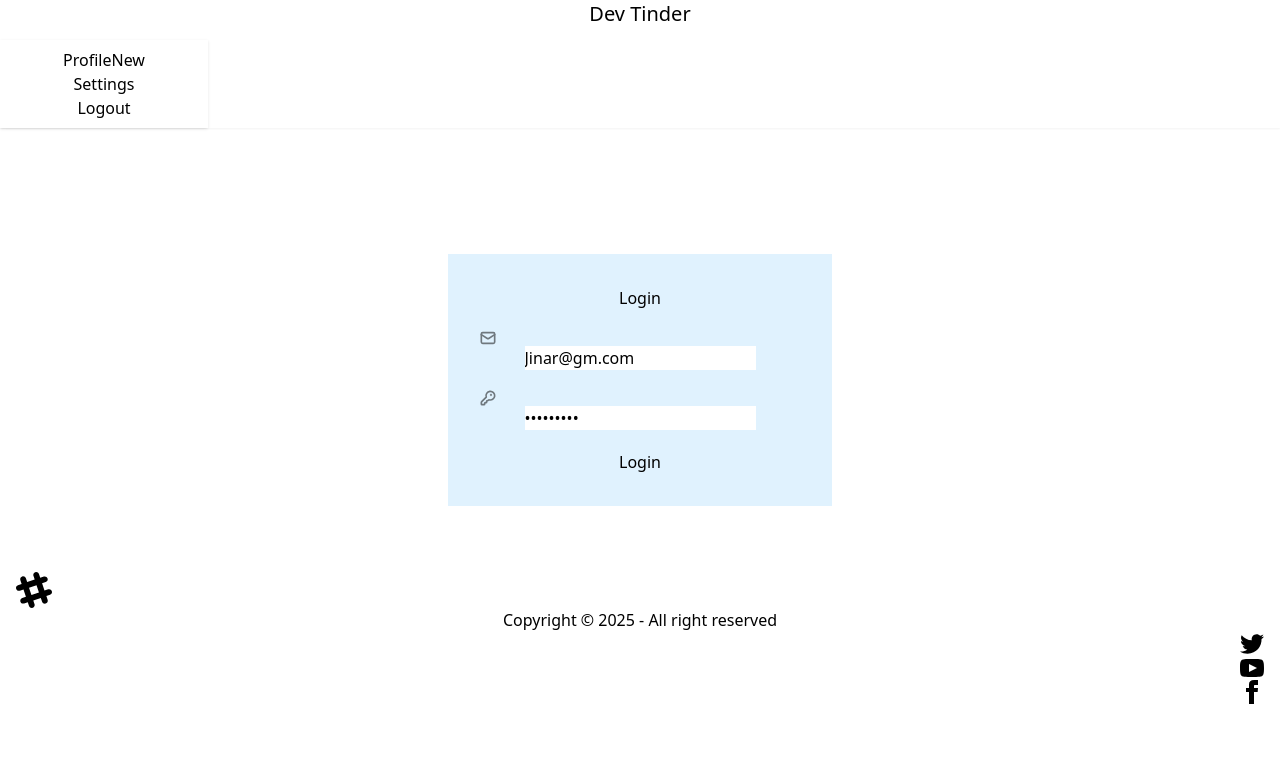
Repository: ROHIT8804/devTinderFrontEnd
Page: /login (app in devTinder-Web/)
The author's editor kept a copy of each file at every save. The page is drawn from the files as they stood at one save, then again after the next save.
The browser window is 1280 px wide. The pictures show the whole page.
The page's requests for data from a server got no answer. The project was rebuilt for these pictures with package versions that can differ from the ones it lists, and the page was loaded fresh each time. No one was signed in, and anything a server would have sent is missing. Also part of the build but not shown: devTinder-Web/vite.config.js, devTinder-Web/src/components/Profile.jsx, devTinder-Web/src/components/Feed.jsx.

Above is the page before, as saved 2025-07-31 10:33:03.

### devTinder-Web/src/App.jsx
import { useState } from "react";
import "./App.css";
import { Routes } from "react-router-dom";
import { BrowserRouter, Route } from "react-router-dom";
import Body from "./components/Body";
import Login from "./components/Login";
import Profile from "./components/Profile";
import { Provider } from "react-redux";
import appStore from "./utils/appStore";
import Feed from "./components/Feed";

function App() {
  const [count, setCount] = useState(0);

  return (
    <>
    <Provider store={appStore}>
      <BrowserRouter>
        <Routes>
          <Route path="/" element={<Body />} >
            <Route path="/feed" element={<Feed />} />
            <Route path="/login" element={<Login />} />
            <Route path="/profile" element={<Profile />} />
          </Route>
        </Routes>
      </BrowserRouter>
      </Provider>
    </>
  );
}

export default App;

### devTinder-Web/src/components/Body.jsx
import { Outlet } from "react-router-dom";
import Nav from "./Nav";
import Footer from "./Footer";
import axios from "axios";
import { BASE_URL } from "../utils/constants";
import { useDispatch } from "react-redux";
import { useEffect } from "react";
import { setUser } from "../utils/userSlice";
import { useNavigate } from "react-router-dom";
import { useSelector } from "react-redux";

function Body() {
  const dispatch = useDispatch();
  const navigate = useNavigate();
  const userData = useSelector((state) => console.log("State in Body:", state) || state.user);

  const fetchUser = async () => {
    console.log("Fetching user data...",userData.name);
    if(userData.name) return;
    try{
        const user = await axios.get(BASE_URL + '/profile',{
        withCredentials: true
      })
      console.log("User fetched:", user.data);
      dispatch(setUser({ name:user.data.user.firstName, email: user.data.user.emailId }));
    }
    catch (error) {
      if(error.response && error.response.status === 401) {
        navigate('/login');
      }
      console.error("Error fetching user:", error);
    }

  }

  useEffect(() => {
    fetchUser();
  }, []);

  return (
    <div className="relative min-h-screen ">
      {/* Fixed Navbar */}
      <div className="fixed top-0 left-0 w-full z-50">
        <Nav />
      </div>
      {/* Main Content */}
      <div className="flex flex-col items-center justify-center pt-[3.5rem] pb-[5rem] min-h-screen">
        <Outlet />
      </div>
      {/* Fixed Footer */}
      <div className="fixed bottom-0 left-0 w-full z-50">
        <Footer />
      </div>
    </div>
  );
}

export default Body;

### devTinder-Web/src/components/Login.jsx
import React, { useState } from "react";
import axios from "axios";
import { useDispatch } from 'react-redux';
import { setUser } from '../utils/userSlice';
import { useNavigate } from "react-router-dom";
import { BASE_URL } from "../utils/constants";

function Login() {
  const [email, setEmail] = useState("Jinar@gm.com");
  const [password, setPassword] = useState("Test@1234");
  const dispatch = useDispatch();
  const navigate = useNavigate();

  const handleLogin = async (e) => {
    try {
        console.log("Email:", email);
        console.log("Password:", password)

      const response = await axios.post(BASE_URL + '/login', {
        emailId:email,
        password:password
      },
      {withCredentials: true}
    );
    const { firstName, emailId } = response.data.user;
    localStorage.setItem('user', JSON.stringify({ name:firstName, email: emailId }));
    dispatch(setUser({ name:firstName, email: emailId }));
      console.log("Login successful:", response.data);

    navigate('/feed')
    } catch (error) {
      console.error("Error handling email change:", error);
    }
  }

  return (
    <div className="card card-border bg-base-100 w-96" style={{ backgroundColor: "#e0f2fe" }}>
        <h2 className="card-title justify-center">Login</h2>
      <div className="card-body">
        <div className="mt-5">
          <label className="input validator">
            <svg
              className="h-[1em] opacity-50"
              xmlns="http://www.w3.org/2000/svg"
              viewBox="0 0 24 24"
            >
              <g
                strokeLinejoin="round"
                strokeLinecap="round"
                strokeWidth="2.5"
                fill="none"
                stroke="currentColor"
              >
                <rect width="20" height="16" x="2" y="4" rx="2"></rect>
                <path d="m22 7-8.97 5.7a1.94 1.94 0 0 1-2.06 0L2 7"></path>
              </g>
            </svg>
            <input type="email" value={email} onChange={(e)=>setEmail(e.target.value)} placeholder="mail@site.com" required />
          </label>
          <div className="validator-hint hidden">Enter valid email address</div>
        </div>
        <div className="mt-5">
          <label className="input validator">
            <svg
              className="h-[1em] opacity-50"
              xmlns="http://www.w3.org/2000/svg"
              viewBox="0 0 24 24"
            >
              <g
                strokeLinejoin="round"
                strokeLinecap="round"
                strokeWidth="2.5"
                fill="none"
                stroke="currentColor"
              >
                <path d="M2.586 17.414A2 2 0 0 0 2 18.828V21a1 1 0 0 0 1 1h3a1 1 0 0 0 1-1v-1a1 1 0 0 1 1-1h1a1 1 0 0 0 1-1v-1a1 1 0 0 1 1-1h.172a2 2 0 0 0 1.414-.586l.814-.814a6.5 6.5 0 1 0-4-4z"></path>
                <circle cx="16.5" cy="7.5" r=".5" fill="currentColor"></circle>
              </g>
            </svg>
            <input
              type="password"
              value={password}
              onChange={(e) => setPassword(e.target.value)}
              required
              placeholder="Password"
              minLength="8"
              pattern="(?=.*\d)(?=.*[a-z])(?=.*[A-Z]).{8,}"
              title="Must be more than 8 characters, including number, lowercase letter, uppercase letter"
            />
          </label>
          <p className="validator-hint hidden">
            Must be more than 8 characters, including
            <br />
            At least one number <br />
            At least one lowercase letter <br />
            At least one uppercase letter
          </p>
        </div>
        <div className="card-actions justify-center mt-5">
          <button className="btn btn-primary" onClick={handleLogin}>Login</button>
        </div>
      </div>
    </div>
  );
}

export default Login;

### devTinder-Web/src/utils/appStore.js
import { configureStore } from '@reduxjs/toolkit';
import userReducer from './userSlice';

const appStore = configureStore({
  reducer: {
    user: userReducer,
  },
});

export default appStore;

### devTinder-Web/src/components/Nav.jsx
import { useSelector } from "react-redux";
import { useNavigate, Link } from "react-router-dom";

function Nav() {
  const navigate = useNavigate();
  const user = useSelector((state) => state.user);

  return (
    <>
      {/* Navigation Bar */}
      <div className="navbar bg-base-100 shadow-sm">
        <div className="flex-1">
          <Link to="/" className="btn btn-ghost text-xl justify-start">Dev Tinder</Link>
        </div>
        <div className="flex gap-2">
          {/* <input
            type="text"
            placeholder="Search"
            className="input input-bordered w-24 md:w-auto"
          /> */}
          <div className="dropdown dropdown-end">
            <div
              tabIndex={0}
              role="button"
              className="btn btn-ghost btn-circle avatar"
            >
              <div className="w-10 rounded-full">
                {user && user.name ? (
                  <img
                  alt="Tailwind CSS Navbar component"
                  src="https://img.daisyui.com/images/stock/photo-1534528741775-53994a69daeb.webp"
                />
                ): null}

              </div>
            </div>
            <ul
              tabIndex={0}
              className="menu menu-sm dropdown-content bg-base-100 rounded-box z-1 mt-3 w-52 p-2 shadow"
            >
              <li>
                <Link
                  to="/profile"
                 className="justify-between">
                  Profile
                  <span className="badge">New</span>
                </Link>
              </li>
              <li>
                <a>Settings</a>
              </li>
              <li>
                <a>Logout</a>
              </li>
            </ul>
          </div>
        </div>
      </div>
    </>
  );
}

export default Nav;

### devTinder-Web/src/components/Footer.jsx
function Footer() {
  return (
    <div>
        {/* Footer */}
      <footer className="footer sm:footer-horizontal bg-neutral text-neutral-content items-center p-4">
        <aside className="grid-flow-col items-center">
          <svg
            width="36"
            height="36"
            viewBox="0 0 24 24"
            xmlns="http://www.w3.org/2000/svg"
            fillRule="evenodd"
            clipRule="evenodd"
            className="fill-current">
            <path
              d="M22.672 15.226l-2.432.811.841 2.515c.33 1.019-.209 2.127-1.23 2.456-1.15.325-2.148-.321-2.463-1.226l-.84-2.518-5.013 1.677.84 2.517c.391 1.203-.434 2.542-1.831 2.542-.88 0-1.601-.564-1.86-1.314l-.842-2.516-2.431.809c-1.135.328-2.145-.317-2.463-1.229-.329-1.018.211-2.127 1.231-2.456l2.432-.809-1.621-4.823-2.432.808c-1.355.384-2.558-.59-2.558-1.839 0-.817.509-1.582 1.327-1.846l2.433-.809-.842-2.515c-.33-1.02.211-2.129 1.232-2.458 1.02-.329 2.13.209 2.461 1.229l.842 2.515 5.011-1.677-.839-2.517c-.403-1.238.484-2.553 1.843-2.553.819 0 1.585.509 1.85 1.326l.841 2.517 2.431-.81c1.02-.33 2.131.211 2.461 1.229.332 1.018-.21 2.126-1.23 2.456l-2.433.809 1.622 4.823 2.433-.809c1.242-.401 2.557.484 2.557 1.838 0 .819-.51 1.583-1.328 1.847m-8.992-6.428l-5.01 1.675 1.619 4.828 5.011-1.674-1.62-4.829z"></path>
          </svg>
          <p>Copyright © {new Date().getFullYear()} - All right reserved</p>
        </aside>
        <nav className="grid-flow-col gap-4 md:place-self-center md:justify-self-end">
          <a>
            <svg
              xmlns="http://www.w3.org/2000/svg"
              width="24"
              height="24"
              viewBox="0 0 24 24"
              className="fill-current">
              <path
                d="M24 4.557c-.883.392-1.832.656-2.828.775 1.017-.609 1.798-1.574 2.165-2.724-.951.564-2.005.974-3.127 1.195-.897-.957-2.178-1.555-3.594-1.555-3.179 0-5.515 2.966-4.797 6.045-4.091-.205-7.719-2.165-10.148-5.144-1.29 2.213-.669 5.108 1.523 6.574-.806-.026-1.566-.247-2.229-.616-.054 2.281 1.581 4.415 3.949 4.89-.693.188-1.452.232-2.224.084.626 1.956 2.444 3.379 4.6 3.419-2.07 1.623-4.678 2.348-7.29 2.04 2.179 1.397 4.768 2.212 7.548 2.212 9.142 0 14.307-7.721 13.995-14.646.962-.695 1.797-1.562 2.457-2.549z"></path>
            </svg>
          </a>
          <a>
            <svg
              xmlns="http://www.w3.org/2000/svg"
              width="24"
              height="24"
              viewBox="0 0 24 24"
              className="fill-current">
              <path
                d="M19.615 3.184c-3.604-.246-11.631-.245-15.23 0-3.897.266-4.356 2.62-4.385 8.816.029 6.185.484 8.549 4.385 8.816 3.6.245 11.626.246 15.23 0 3.897-.266 4.356-2.62 4.385-8.816-.029-6.185-.484-8.549-4.385-8.816zm-10.615 12.816v-8l8 3.993-8 4.007z"></path>
            </svg>
          </a>
          <a>
            <svg
              xmlns="http://www.w3.org/2000/svg"
              width="24"
              height="24"
              viewBox="0 0 24 24"
              className="fill-current">
              <path
                d="M9 8h-3v4h3v12h5v-12h3.642l.358-4h-4v-1.667c0-.955.192-1.333 1.115-1.333h2.885v-5h-3.808c-3.596 0-5.192 1.583-5.192 4.615v3.385z"></path>
            </svg>
          </a>
        </nav>
      </footer>
    </div>
  )
}

export default Footer;

### devTinder-Web/src/utils/userSlice.js
// utils/userSlice.js
import { createSlice } from '@reduxjs/toolkit';

const userSlice = createSlice({
  name: 'user',
  initialState: {
    name: null,
    email: null,
  },
  reducers: {
    setUser: (state, action) => {
        console.log("Setting user:", action.payload);
      state.name = action.payload.name;
      state.email = action.payload.email;
    },
    clearUser: (state) => {
      state.name = null;
      state.email = null;
    },
  },
});

export const { setUser, clearUser } = userSlice.actions;
export default userSlice.reducer;

### devTinder-Web/tailwind.config.js
/** @type {import('tailwindcss').Config} */
export default {
  content: [
    "./index.html",
    "./src/**/*.{js,ts,jsx,tsx}",
  ],
  theme: {
    extend: {},
  },
  plugins: [require("daisyui")],
  daisyui: {
    themes: ["light", "dark", "cupcake"],
    darkTheme: "light", // Set this to "light" for light theme default
    base: true,
    styled: true,
    utils: true,
  },
}

Loaded but not shown: devTinder-Web/index.html (common file); devTinder-Web/src/main.jsx (common file); devTinder-Web/src/index.css (common file); devTinder-Web/src/App.css (common file); devTinder-Web/src/utils/constants.js (common file)

After the next save:
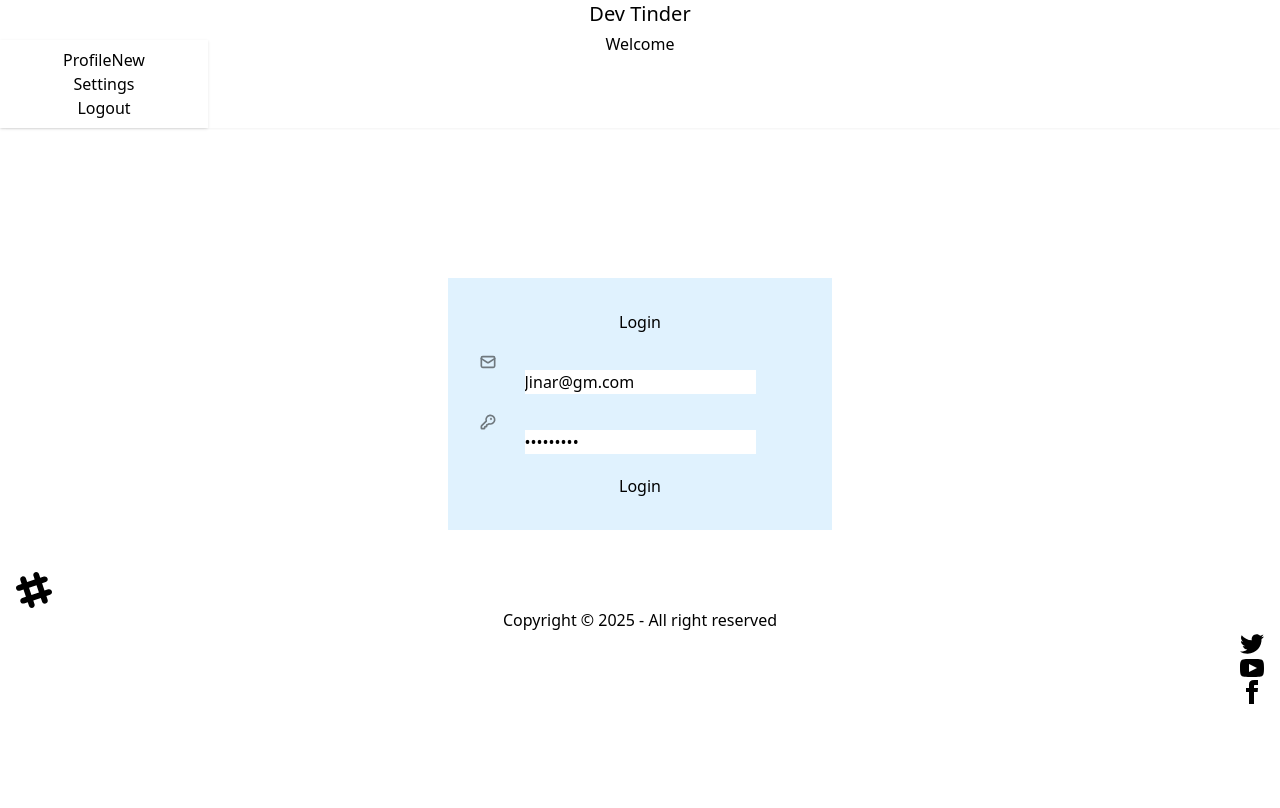
Saved 2 h 26 min later.
--- a/devTinder-Web/src/components/Body.jsx
+++ b/devTinder-Web/src/components/Body.jsx
@@ -43,6 +43,7 @@
       <div className="fixed top-0 left-0 w-full z-50">
         <Nav />
       </div>
+      <div>Welcome</div>
       {/* Main Content */}
       <div className="flex flex-col items-center justify-center pt-[3.5rem] pb-[5rem] min-h-screen">
         <Outlet />

After the save that followed:
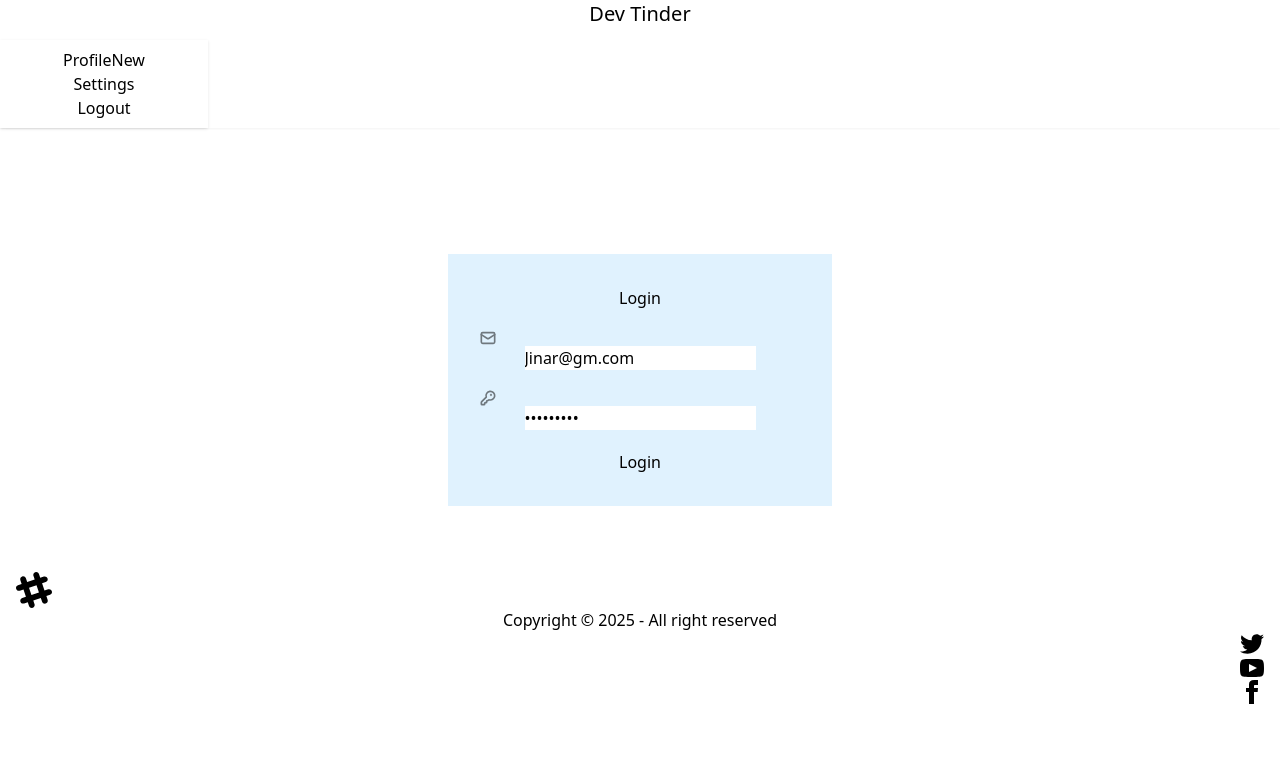
Saved 22 s later.
--- a/devTinder-Web/src/components/Body.jsx
+++ b/devTinder-Web/src/components/Body.jsx
@@ -43,7 +43,6 @@
       <div className="fixed top-0 left-0 w-full z-50">
         <Nav />
       </div>
-      <div>Welcome</div>
       {/* Main Content */}
       <div className="flex flex-col items-center justify-center pt-[3.5rem] pb-[5rem] min-h-screen">
         <Outlet />
